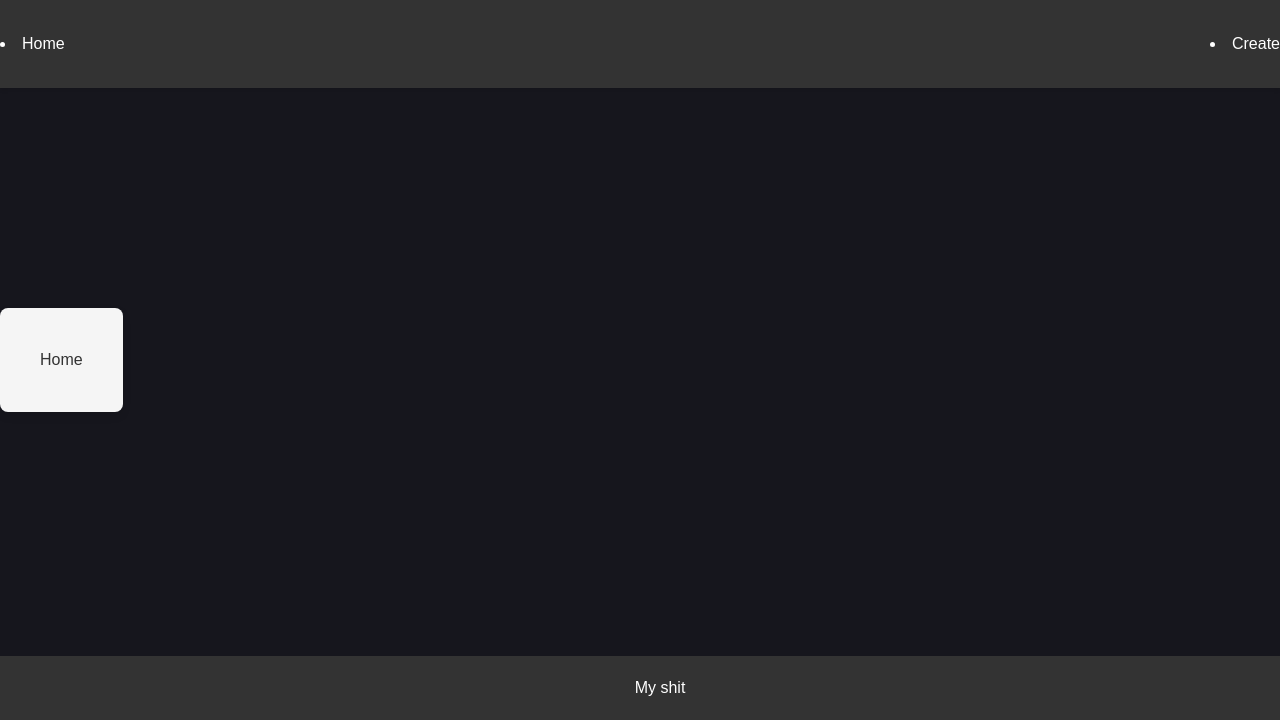
Repository: CarlosFranchN/myReact-supabase
Page: /
An editor plug-in stored every save of this project. The page is shown before and after the next save, followed by the edit.
The browser window is 1280 px wide. The pictures show the whole page.
The project was rebuilt for these pictures with package versions that can differ from the ones it lists, and the page was loaded fresh each time. Also part of the build but not shown: vite.config.js, src/pages/Create/index.jsx.

Above is the page before, as saved 2024-11-14 14:08:15.

After the next save:
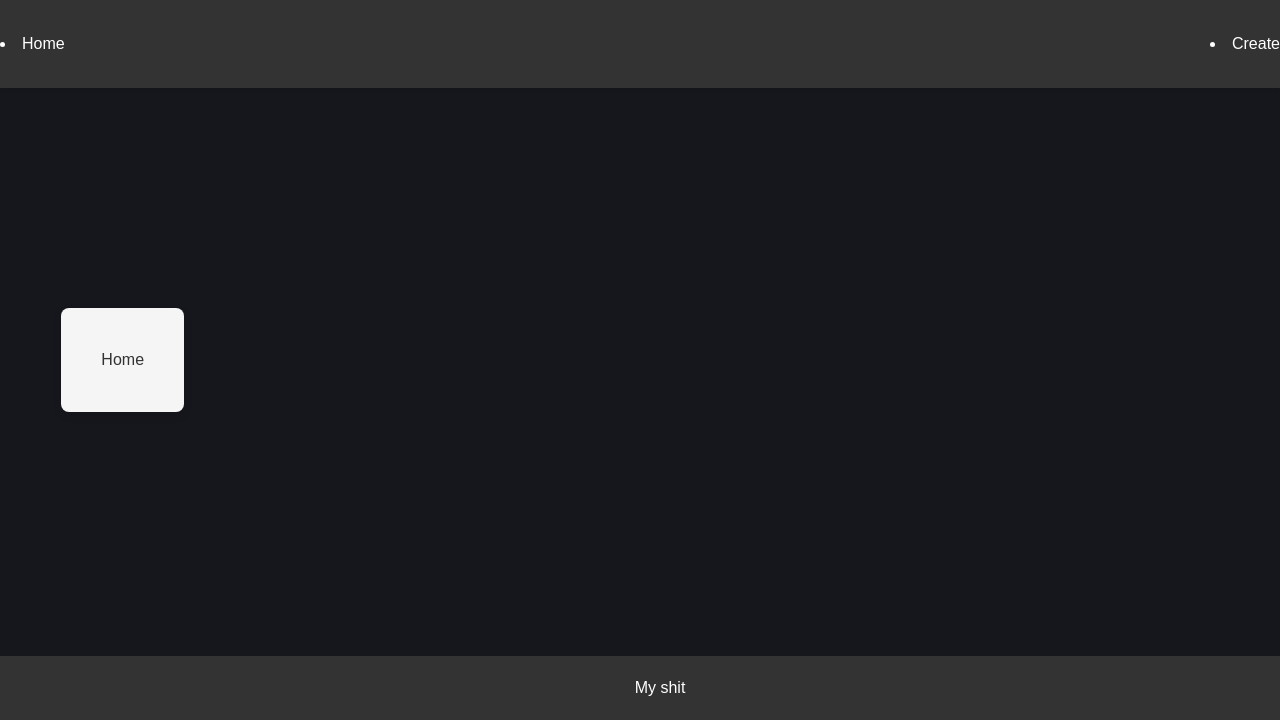
Saved 80 s later.
--- a/src/components/Layout/style.jsx
+++ b/src/components/Layout/style.jsx
@@ -42,5 +42,7 @@ export const LayoutMain = styled.main`
   box-shadow: 0 4px 8px rgba(0, 0, 0, 0.1); /* Sombra leve ao redor */
   font-family: Arial, sans-serif; /* Fonte */
   color: #333; /* Cor do texto */
+  position: relative;
+  left: 50%;
 
 `
